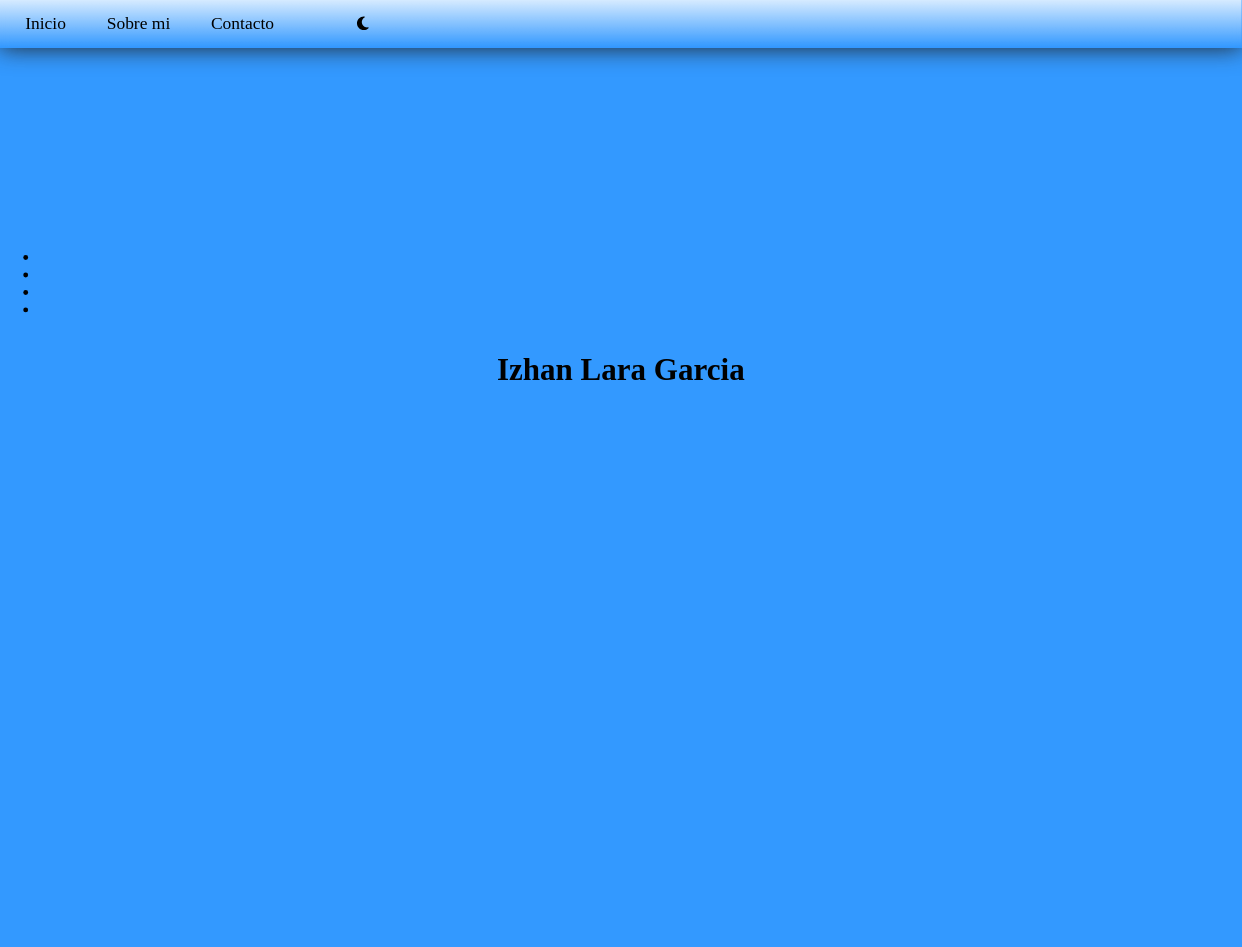
Repository: izhanlaraagarcia/izhanlaraagarcia.github.io
Page: / (app in vite-project/)
These files come from the project's save history. The page is drawn as it stood at one moment and after a run of saves; the edit follows.
The browser window is 1280 px wide. The pictures show the whole page, at 97% of full size.
The project was rebuilt for these pictures with package versions that can differ from the ones it lists, and the page was loaded fresh each time. Also part of the build but not shown: vite-project/vite.config.js, vite-project/src/pages/About/styles/about.scss, vite-project/src/pages/About/about.jsx, vite-project/src/pages/Contact/contact.jsx.

Above is the page before, as saved 2024-08-19 12:29:36.

After the next 2 saves:
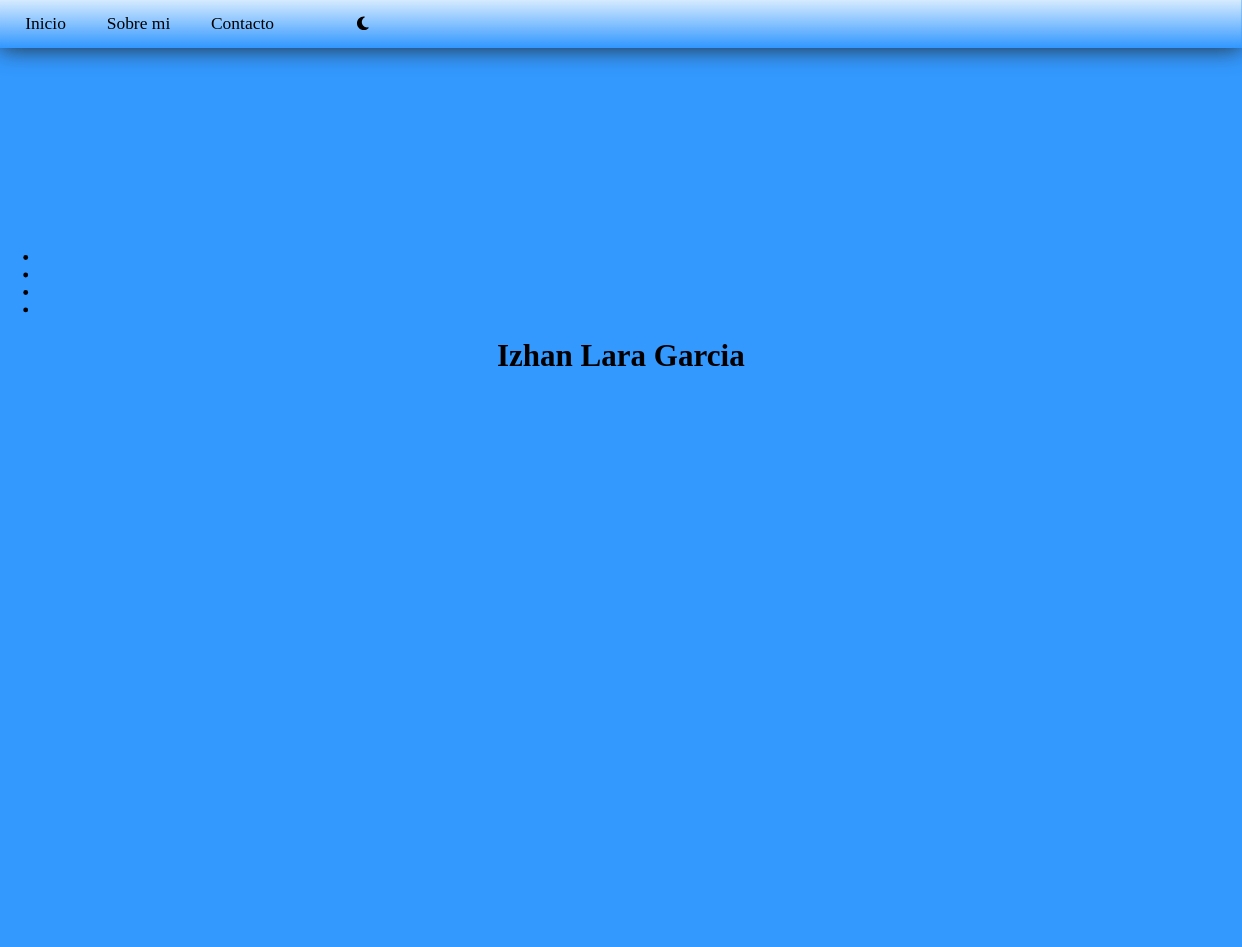
The 2 saves are shown as one change because they came seconds apart.
The last was saved 17 s later.
--- a/vite-project/src/Home/Styles/estilos.scss
+++ b/vite-project/src/Home/Styles/estilos.scss
@@ -4,7 +4,7 @@ h1 {
 
 h1 {
   position: absolute;
-  top: 50%;
+  top: 48%;
   left: 50%;
   transform: translate(-50%, -50%);
   text-align: center;
